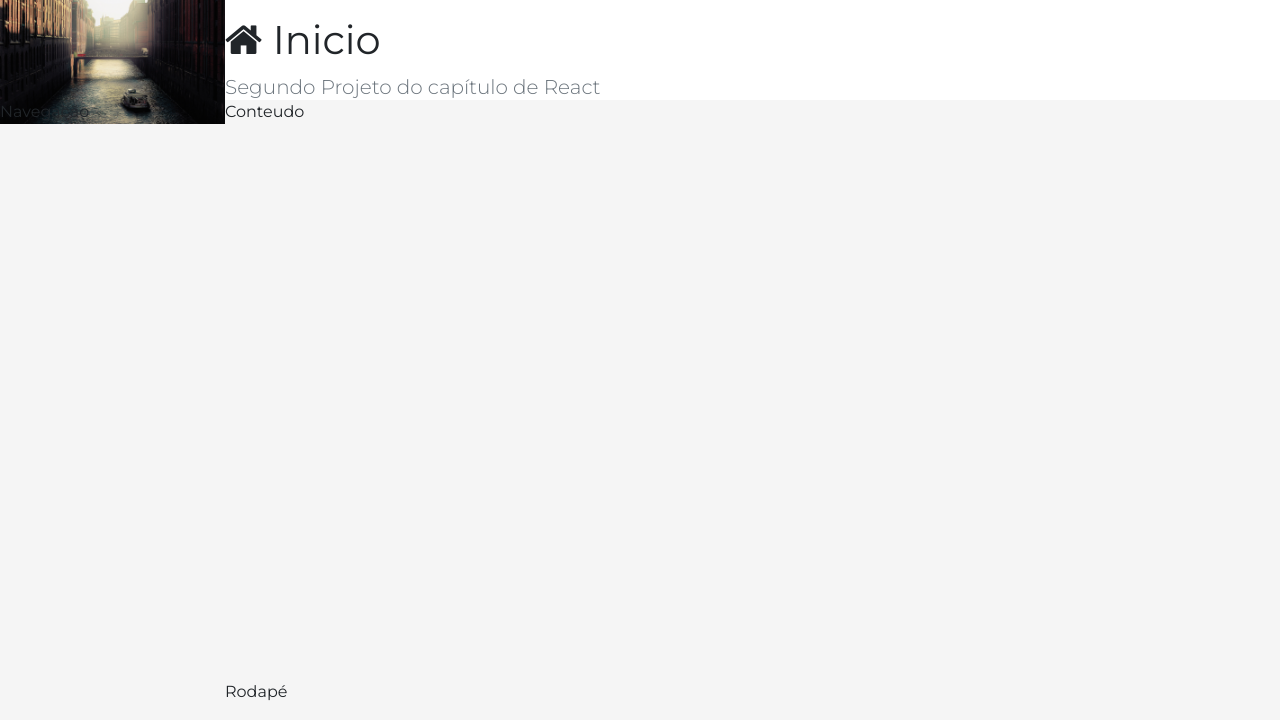
Repository: eversonps/projeto-cadastro-usuarios-firebase
Page: /users (app in frontend/)
These files come from the project's save history. The page is drawn as it stood at one moment and after the next save; the edit follows.
The browser window is 1280 px wide. The pictures show the whole page.
The project was rebuilt for these pictures with package versions that can differ from the ones it lists, and the page was loaded fresh each time. Also part of the build but not shown: frontend/src/components/template/nav.css, frontend/src/components/template/footer.css.

Above is the page before, as saved 2022-03-22 13:02:18.

### frontend/public/index.html
<!DOCTYPE html>
<html lang="en">
  <head>
    <meta charset="utf-8" />
    <link rel="icon" href="%PUBLIC_URL%/favicon.ico" />
    <link rel="preconnect" href="https://fonts.googleapis.com">
    <link rel="preconnect" href="https://fonts.gstatic.com" crossorigin>
    <link href="https://fonts.googleapis.com/css2?family=Montserrat:wght@300;400;700&display=swap" rel="stylesheet">
    <meta name="viewport" content="width=device-width, initial-scale=1" />
    <meta name="theme-color" content="#000000" />
    <meta
      name="description"
      content="Web site created using create-react-app"
    />
    <link rel="apple-touch-icon" href="%PUBLIC_URL%/logo192.png" />
    <!--
      manifest.json provides metadata used when your web app is installed on a
      user's mobile device or desktop. See https://developers.google.com/web/fundamentals/web-app-manifest/
    -->
    <link rel="manifest" href="%PUBLIC_URL%/manifest.json" />
    <!--
      Notice the use of %PUBLIC_URL% in the tags above.
      It will be replaced with the URL of the `public` folder during the build.
      Only files inside the `public` folder can be referenced from the HTML.

      Unlike "/favicon.ico" or "favicon.ico", "%PUBLIC_URL%/favicon.ico" will
      work correctly both with client-side routing and a non-root public URL.
      Learn how to configure a non-root public URL by running `npm run build`.
    -->
    <title>React App</title>
  </head>
  <body>
    <noscript>You need to enable JavaScript to run this app.</noscript>
    <div id="root"></div>
    <!--
      This HTML file is a template.
      If you open it directly in the browser, you will see an empty page.

      You can add webfonts, meta tags, or analytics to this file.
      The build step will place the bundled scripts into the <body> tag.

      To begin the development, run `npm start` or `yarn start`.
      To create a production bundle, use `npm run build` or `yarn build`.
    -->
  </body>
</html>

### frontend/src/index.js
import React from 'react';
import ReactDOM from 'react-dom';
import './index.css';
import App from './main/app';
import reportWebVitals from './reportWebVitals';

ReactDOM.render(
  <React.StrictMode>
    <App />
  </React.StrictMode>,
  document.getElementById('root')
);

// If you want to start measuring performance in your app, pass a function
// to log results (for example: reportWebVitals(console.log))
// or send to an analytics endpoint. Learn more: https://bit.ly/CRA-vitals
reportWebVitals();

### frontend/src/main/app.jsx
import "./app.css"
import "bootstrap/dist/css/bootstrap.min.css"
import "font-awesome/css/font-awesome.min.css"

import React from "react"

import Logo from "../components/template/logo"
import Nav from "../components/template/nav"
import Main from "../components/template/main"
import Footer from "../components/template/footer"

export default props => {
    return (
        <div className="app">
        <Logo></Logo>
        <Nav></Nav>
        <Main icon="home" title="Inicio" subtitle="Segundo Projeto do capítulo de React"></Main>
        <Footer></Footer>
    </div>
    )
}

### frontend/src/main/app.css
:root{
    --bg-dark: #1A2F3A;
    --logo-height: 100px;
    --header-height: 100px;
    --aside-width: 225px;
    --footer-height: 40px;

    --shadow: 0 2px 23px 0 rgba(0, 0, 0, 0.1), 0 2px 49px 0 rgba(0, 0, 0, 0.06);
}

* {
    box-sizing: border-box;
    font-family: 'Montserrat', sans-serif;
}

.app{
    margin: 0px;
    display: grid;
    grid-template-columns: var(--aside-width) 1fr;
    grid-template-rows: var(--header-height) 1fr var(--footer-height);
    grid-template-areas:
        "logo header"
        "menu content"
        "menu footer";
    height: 100vh;
    background-color: #F5F5F5;
}

aside.logo{
    grid-area: logo;
}

header.header{
    grid-area: header;
}

aside.menu-area{
    grid-area: menu;
}

main.content{
    grid-area: content;
}

footer.footer{
    grid-area: footer;
}

### frontend/src/components/template/logo.jsx
import React from "react"
import "./logo.css"
import logo from "../../assets/images/logo.jpg"

export default props => (
    <aside className="logo">
        <a href="/" className="logo">
            <img src={logo} alt="logo" />
        </a>
    </aside>
)

### frontend/src/components/template/nav.jsx
import React from "react"
import "./nav.css"

export default props => {
    return (
        <aside className="menu-area">
            Navegação
        </aside>
    )
}

### frontend/src/components/template/main.jsx
import React from "react"
import Header from "./header"

export default props => (
    <>
        <Header {...props}></Header>
        <main className="content">
            Conteudo
        </main>
    </>
)

### frontend/src/components/template/footer.jsx
import React from "react";
import "./footer.css"

export default props => (
    <footer className="footer">Rodapé</footer>
)

### frontend/src/components/template/logo.css
aside.logo{
    background-color: var(--bg-dark);
    display: flex;
    justify-content: center;
    align-items: center;
}

aside.logo img {
    width: 100%;
}

### frontend/src/components/template/header.jsx
import React from "react";
import "./header.css"

export default props => (
    <header className="header d-none d-sm-flex flex-column">
        <h1 className="mt-3">
            <i className={`fa fa-${props.icon}`}></i> {props.title}
        </h1>
        <p className="lead text-muted">{props.subtitle}</p>
    </header>
)

### frontend/src/components/template/header.css
header.header{
    background-color: #FFF;
}

Loaded but not shown: frontend/src/index.css (common file); frontend/src/reportWebVitals.js (common file)

After the next save:
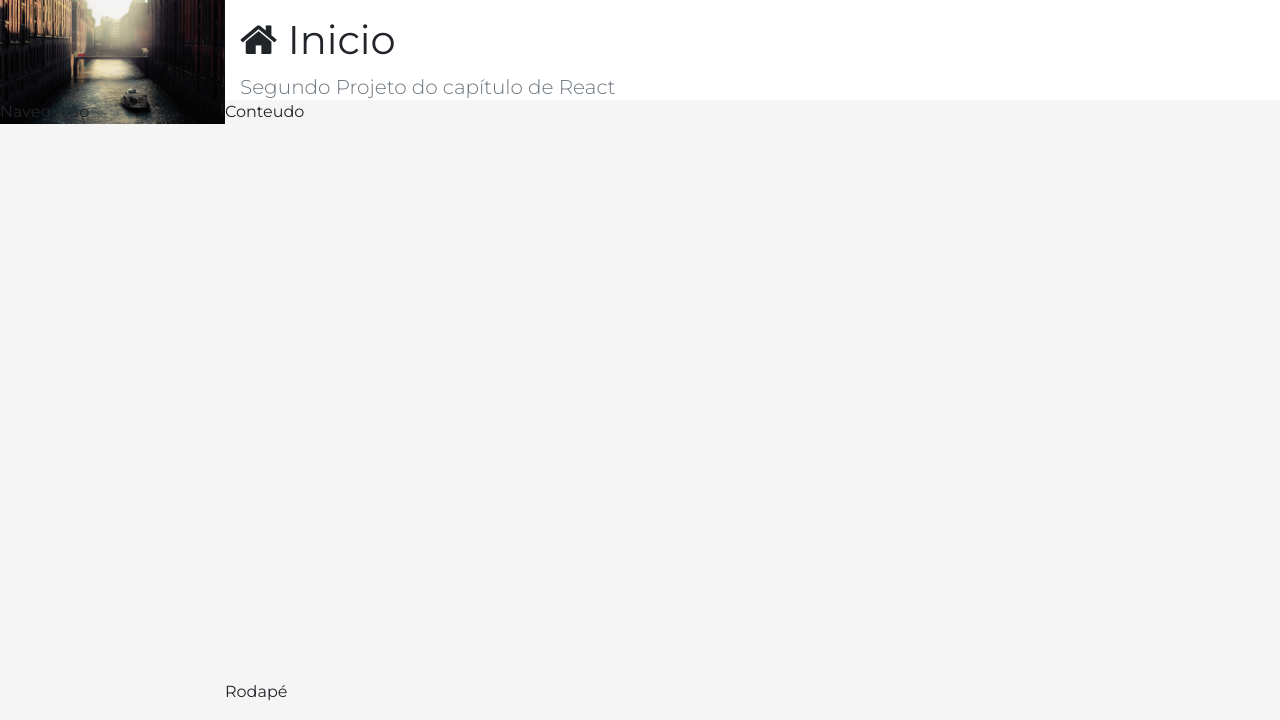
Saved 17 s later.
--- a/frontend/src/components/template/header.css
+++ b/frontend/src/components/template/header.css
@@ -1,3 +1,4 @@
 header.header{
     background-color: #FFF;
+    padding: 0 15px;
 }
